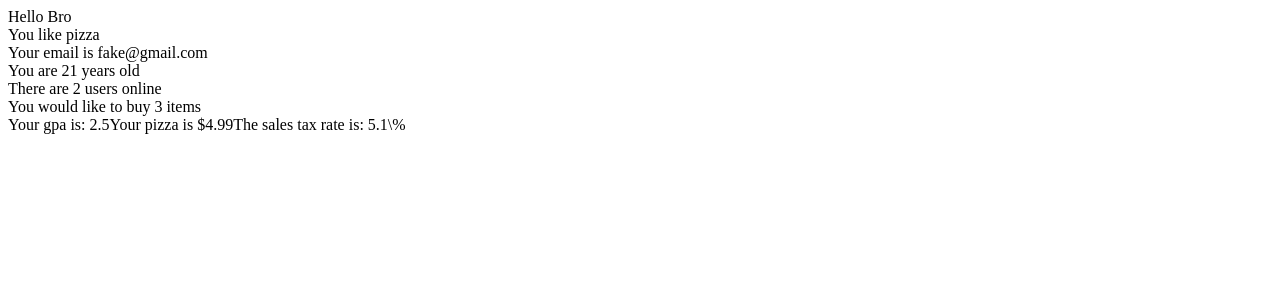
Repository: PannDev/BelajarPHP
Page: http://localhost/BroCode/2 - Variable/index.php
These files come from the project's save history. The page is drawn as it stood at one moment and after a run of saves; the edit follows.
The browser window is 1280 px wide. The pictures show the whole page.
The page is run by PHP 8.4 with error messages shown; the project is at /var/www/html/.

Above is the page before, as saved 2026-10-10 17:04:59.

### BroCode/2 - Variable/index.php
<?php

    $name = "Bro";
    $food = "pizza";
    $email = "fake@gmail.com";
    $age = 21;
    $users = 2;
    $quantity = 3;
    $gpa = 2.5;
    $price = 4.99;
    $tax_rate = 5.1;

    echo "Hello {$name} <br>";
    echo "You like {$food} <br>";
    echo "Your email is {$email} <br>";
    echo "You are {$age} years old <br>";
    echo "There are {$users} users online <br>";
    echo "You would like to buy 3 items <br>";
    echo "Your gpa is: {$gpa}";
    echo "Your pizza is \${$price}";
    echo "The sales tax rate is: {$tax_rate}\%";

?>

After the next 3 saves:
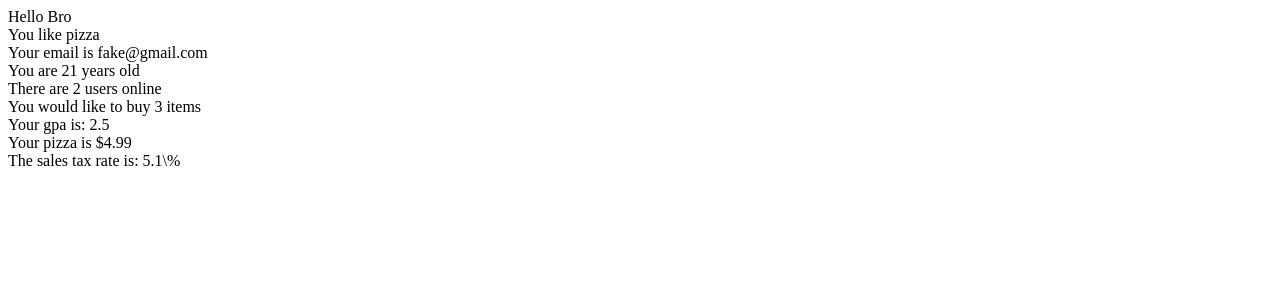
The 3 saves are shown as one change because they came seconds apart.
The last was saved 12 s later.
--- a/BroCode/2 - Variable/index.php
+++ b/BroCode/2 - Variable/index.php
@@ -16,8 +16,8 @@
     echo "You are {$age} years old <br>";
     echo "There are {$users} users online <br>";
     echo "You would like to buy 3 items <br>";
-    echo "Your gpa is: {$gpa}";
-    echo "Your pizza is \${$price}";
-    echo "The sales tax rate is: {$tax_rate}\%";
+    echo "Your gpa is: {$gpa} <br>";
+    echo "Your pizza is \${$price} <br>";
+    echo "The sales tax rate is: {$tax_rate}\% <br>";
 
 ?>
